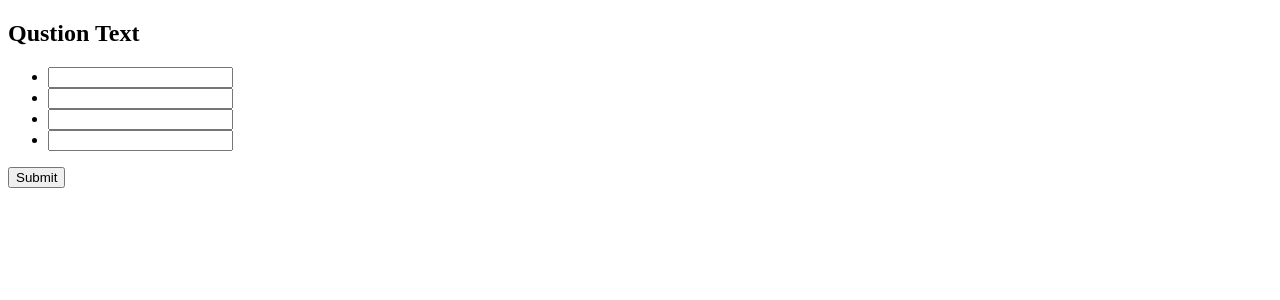
Repository: Abhi2359/Intermediate-projects
Page: Quiz App/index.html
An editor plug-in stored every save of this project. The page is shown before and after a run of saves, followed by the edit.
The browser window is 1280 px wide. The pictures show the whole page.

Above is the page before, as saved 2023-01-31 12:58:06.

After the next 2 saves:
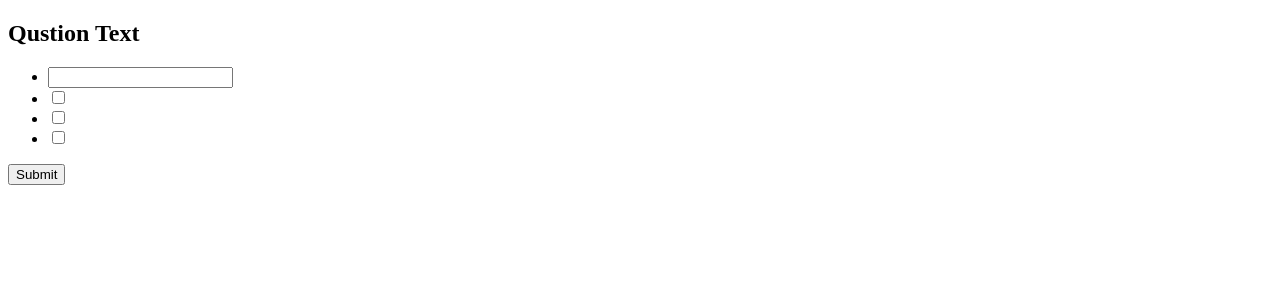
The 2 saves are shown as one change because they came seconds apart.
The last was saved 7 s later.
--- a/Quiz App/index.html
+++ b/Quiz App/index.html
@@ -10,10 +10,10 @@
     <div class="quiz-container">
         <h2>Qustion Text</h2>
         <ul>
-            <li><input typchec"><label for=""></label></li>
-            <li><input type="chec"><label for=""></label></li>
-            <li><input type="chec"><label for=""></label></li>
-            <li><input type="chec"><label for=""></label></li>
+            <li><input typcheckbox"><label for=""></label></li>
+            <li><input type="checkbox"><label for=""></label></li>
+            <li><input type="checkbox"><label for=""></label></li>
+            <li><input type="checkbox"><label for=""></label></li>
         </ul>
         <button>Submit</button>
     </div>
